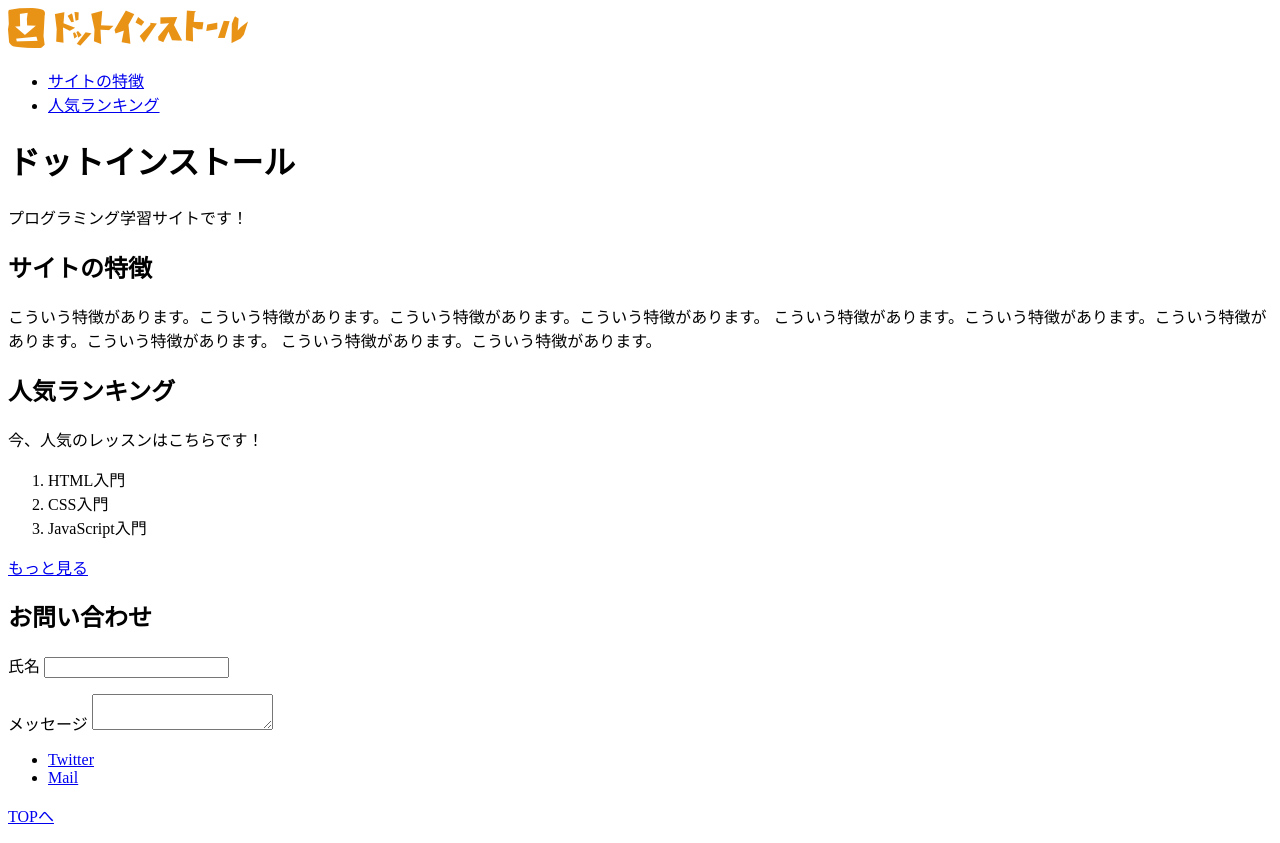
Repository: kojimayu/dotinstall-html
Page: index.html
These files come from the project's save history. The page is drawn as it stood at one moment and after the next save; the edit follows.
The browser window is 1280 px wide. The pictures show the whole page.

Above is the page before, as saved 2019-04-04 19:12:33.

After the next save:
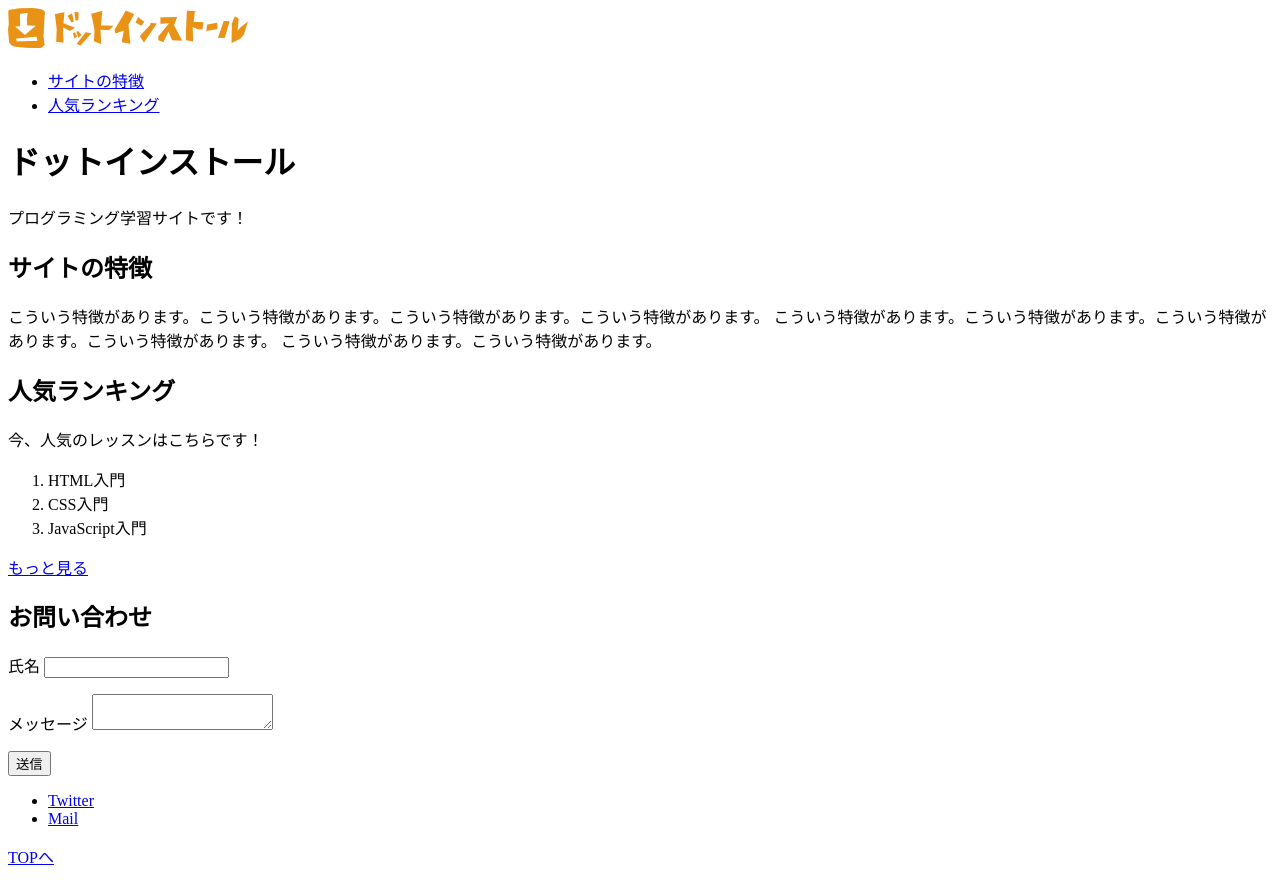
Saved 40 s later.
--- a/index.html
+++ b/index.html
@@ -44,6 +44,9 @@
             <label for="messege">メッセージ</label>
             <textarea id="messege"></textarea>
         </p>
+        <p>
+            <button>送信</button>
+        </p>
     </form>
     <ul>
         <li><a href="https://twitter.com/dotinstall" target="_blank">Twitter</a></li>
